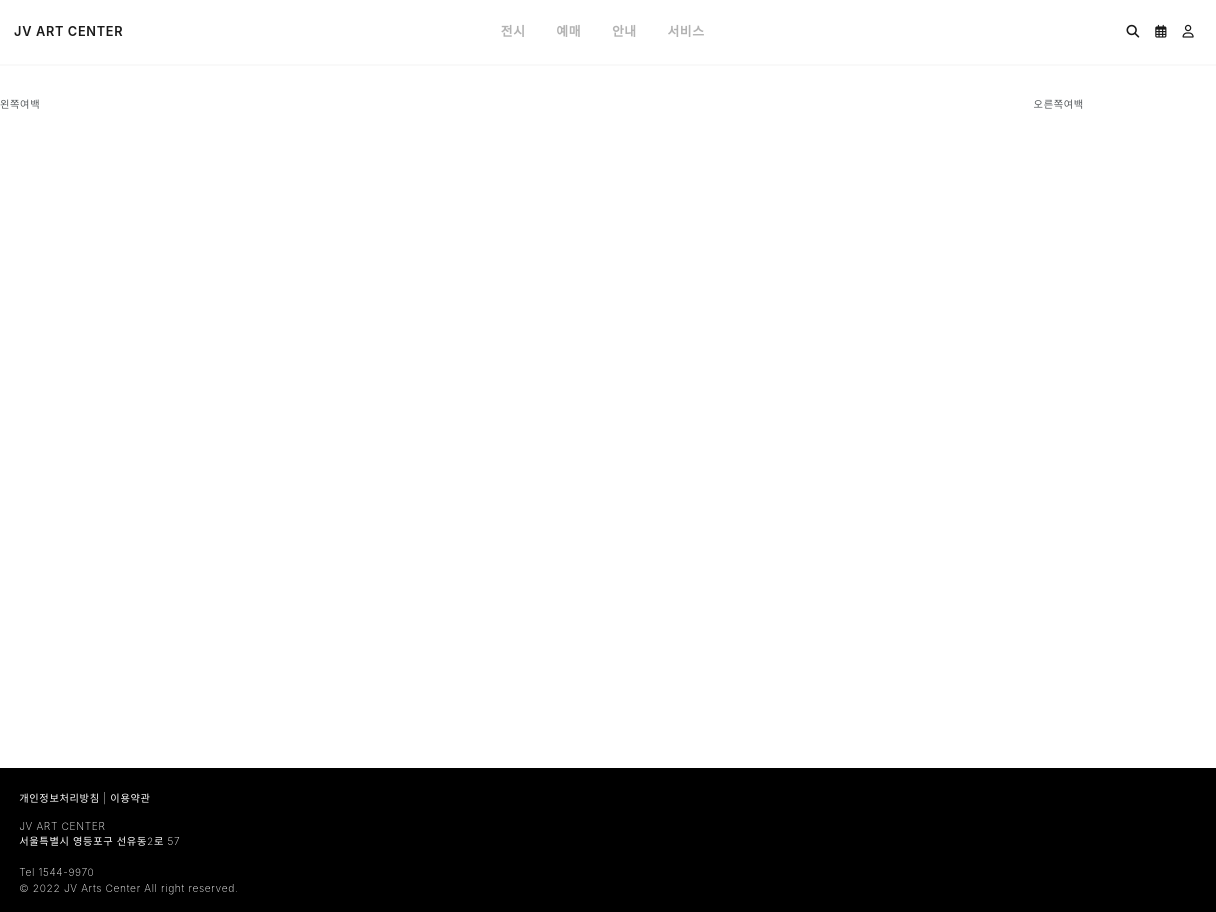
Repository: pshysd/SEMI_PROJECT
Page: http://localhost/JVArtCenter/
These files come from the project's save history. The page is drawn as it stood at one moment and after the next save; the edit follows.
The browser window is 1280 px wide. The page is 1900 px wide, so the pictures cover 1900 px, including what lies to the right of the window. The pictures show the whole page, at 64% of full size.
Some web fonts or font styles are not loaded; a fallback is used. Some web libraries are served in a nearby version. The page is served by Tomcat 9. Nobody is signed in. The application's start-up code is not run.

Above is the page before, as saved 2022-10-25 14:01:28.

After the next save:
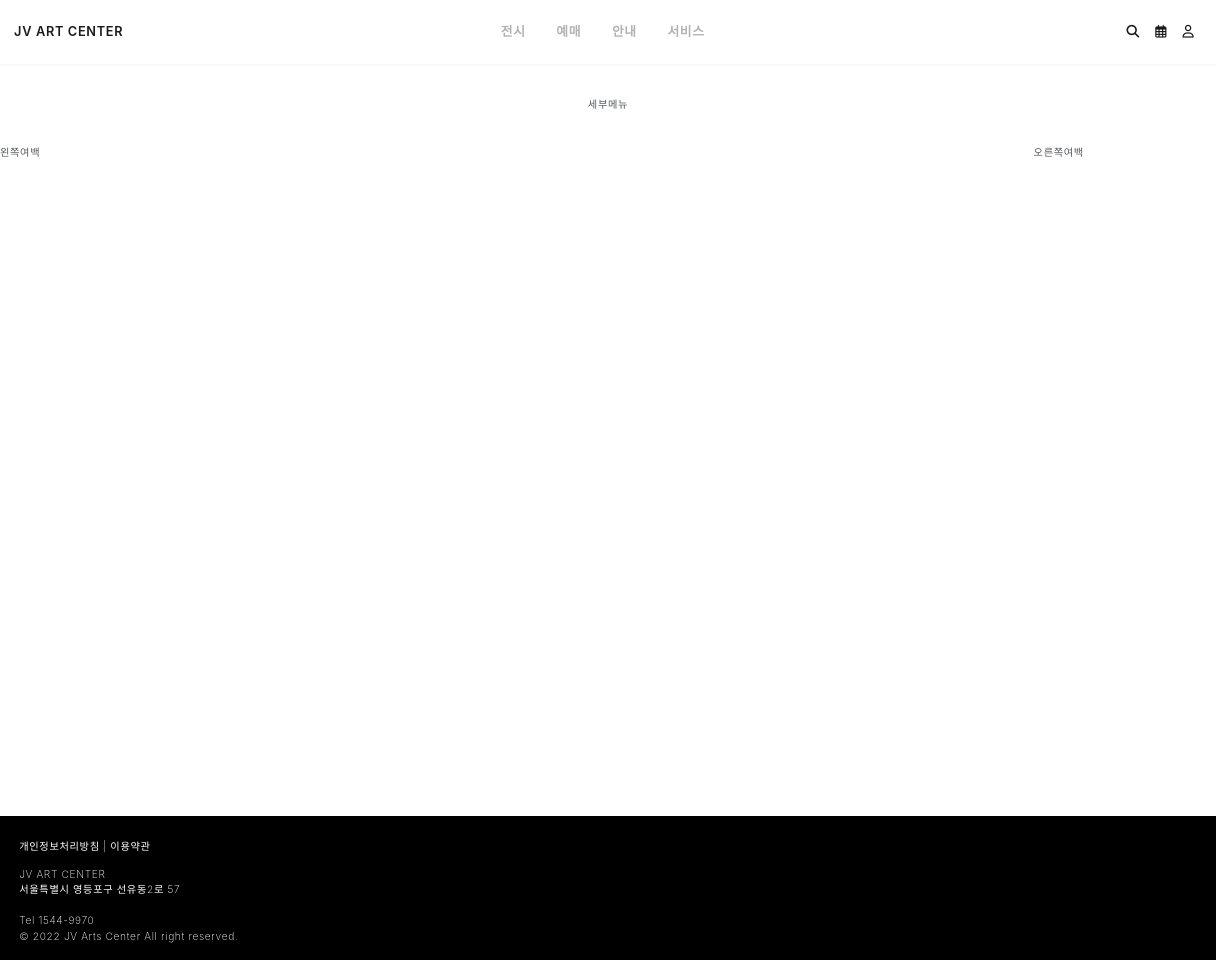
Saved 114 s later.
--- a/JVArtCenter/WebContent/index.jsp
+++ b/JVArtCenter/WebContent/index.jsp
@@ -9,10 +9,13 @@
 </head>
 <body>
 
-
-
     <div class="wrap">
       <!--전체를 감싸는 wrap영역-->
+
+      <div id="navi">
+        <!--세부메뉴 영역-->
+        세부메뉴
+      </div>
 
       <div id="content">
         <!--바디-->
@@ -21,8 +24,6 @@
         <div id="content_3">오른쪽여백</div>
       </div>
 
-    </div>
-
     <%@ include file="views/common/footerbar.jsp" %>
 
   </body>
